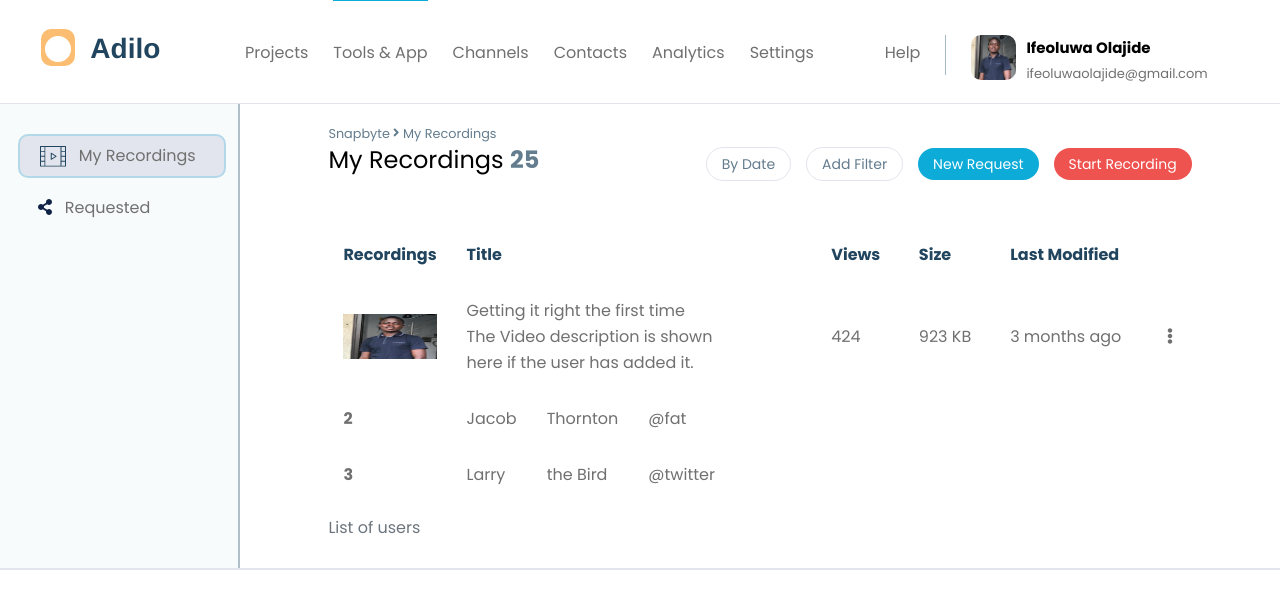
Repository: olhighjay/video_recorder
Page: /
An editor plug-in stored every save of this project. The page is shown before and after the next save, followed by the edit.
The browser window is 1280 px wide. The pictures show the whole page.
Some web libraries are served in a nearby version. The project was rebuilt for these pictures with package versions that can differ from the ones it lists, and the page was loaded fresh each time. Also part of the build but not shown: vue.config.js.

Above is the page before, as saved 2022-07-29 06:42:04.

### public/index.html
<!DOCTYPE html>
<html lang="">
  <head>
    <meta charset="utf-8">
    <meta http-equiv="X-UA-Compatible" content="IE=edge">
    <meta name="viewport" content="width=device-width,initial-scale=1.0">
    <link rel="icon" href="<%= BASE_URL %>favicon.ico">
    <title><%= htmlWebpackPlugin.options.title %></title>
    <link rel="stylesheet" href="https://cdn.jsdelivr.net/npm/bootstrap@4.0.0/dist/css/bootstrap.min.css" integrity="sha384-Gn5384xqQ1aoWXA+058RXPxPg6fy4IWvTNh0E263XmFcJlSAwiGgFAW/dAiS6JXm" crossorigin="anonymous">
    <link rel="stylesheet" href="https://cdnjs.cloudflare.com/ajax/libs/font-awesome/5.1.0/css/all.css" integrity="sha512-ajhUYg8JAATDFejqbeN7KbF2zyPbbqz04dgOLyGcYEk/MJD3V+HJhJLKvJ2VVlqrr4PwHeGTTWxbI+8teA7snw==" crossorigin="anonymous" referrerpolicy="no-referrer" />
  </head>
  <body>
    <noscript>
      <strong>We're sorry but <%= htmlWebpackPlugin.options.title %> doesn't work properly without JavaScript enabled. Please enable it to continue.</strong>
    </noscript>
    <div id="app"></div>
    <!-- built files will be auto injected -->

    <script src="https://cdnjs.cloudflare.com/ajax/libs/font-awesome/5.1.0/js/all.js" integrity="sha512-vn7pO1RiR0IT5T9K+USTmMfkTaecOtFtCCV0JvT+j8ZPBujq6C3P5J2sHttG7D41pBPqLCih+7lIXamnFodtUw==" crossorigin="anonymous" referrerpolicy="no-referrer"></script>
    <script src="https://code.jquery.com/jquery-3.2.1.slim.min.js" integrity="sha384-KJ3o2DKtIkvYIK3UENzmM7KCkRr/rE9/Qpg6aAZGJwFDMVNA/GpGFF93hXpG5KkN" crossorigin="anonymous"></script>
<script src="https://cdn.jsdelivr.net/npm/popper.js@1.12.9/dist/umd/popper.min.js" integrity="sha384-ApNbgh9B+Y1QKtv3Rn7W3mgPxhU9K/ScQsAP7hUibX39j7fakFPskvXusvfa0b4Q" crossorigin="anonymous"></script>
<script src="https://cdn.jsdelivr.net/npm/bootstrap@4.0.0/dist/js/bootstrap.min.js" integrity="sha384-JZR6Spejh4U02d8jOt6vLEHfe/JQGiRRSQQxSfFWpi1MquVdAyjUar5+76PVCmYl" crossorigin="anonymous"></script>
  </body>
</html>

### src/App.vue
<template>
  <!-- <img alt="Vue logo" src="./assets/logo.png"> -->
  <div>
    <navbar></navbar>
    <div id="main-flex">
      <div class="my-sidebar">
        <ul class="my-sidebar-items">
            <li class="sidebar-item-active"> <img src="./assets/video-player.png" alt=""> &nbsp; My Recordings</li>
            <li> <i class="fa fa-share-alt" style="color:#102346"></i> &nbsp; Requested</li>
        </ul>
      </div>
        <div class="my-main">
          <div class="my-main-container">
            <div><small class="breadcrumbs">Snapbyte <i class="fa fa-angle-right" style="font-weight:200"></i> My Recordings</small></div>
            <div class="subheading-tab">
              <div> <span class="my-recordings">My Recordings </span><span class="my-recordings-count">25</span> </div>
              <div>
                <button class="sub-heading-btn white-btn">By Date</button>
                <button class="sub-heading-btn white-btn">Add Filter</button>
                <button class="sub-heading-btn blue-btn">New Request</button>
                <button class="sub-heading-btn red-btn">Start Recording</button>
              </div>
            </div>
            <!-- <div style="border: 1px dashed #A3BAC6; margin-top:30px;
              border-radius: 38px;
              opacity: 1; padding-top:105.9px; padding-bottom:68.5px">
              <p style="color: #000; font-size: 22px; text-align:center; font-weight:medium; margin-top:56px">Say hello to the world!</p>
              <p style="color: #637C8E; font-size: 14px; text-align:center;">Record your first video/audio and share it what your team, friends, <br />followers and customers.</p>
              <div class="text-center">
                <button class="sub-heading-btn red-btn">Start Recording</button>
                <button class="sub-heading-btn blue-btn">New Request</button>
              </div>
            </div>
            <div class="footer" style="margin-top:42px; margin-bottom: 140px">
              <div>

              </div>
              <div>
                <p style="font-size: 26px; color:#21455E">Want more controls & better <br />quality recording?</p>
                <button class="sub-heading-btn blue-btn">Download the desktop recorder</button>
              </div>
            </div> -->
            <div class="table-responsive-xl" style="margin-top:46.1px">
              <table class="">
  <caption>List of users</caption>
  <thead>
    <tr >
      <th scope="col" class="my-table-title">Recordings</th>
      <th scope="col" class="my-table-title" colspan="3">Title</th>
      <th scope="col" style="width:10%"></th>
      <th scope="col" class="my-table-title">Views</th>
      <th scope="col" class="my-table-title">Size</th>
      <th scope="col" class="my-table-title">Last Modified</th>
      <th scope="col" class="my-table-title"></th>
    </tr>
  </thead>
  <tbody>
    <tr>
      <td style="width:10%">
        <img alt="Profile Image" src="./assets/profile.jpg" style="width:100%; height:45px; border:10px">
      </td>
      <td style="width:30%" colspan="3">
        <span>Getting it right the first time </span> <br />
        <span>The Video description is shown here if the user has added it. </span>
      </td>
      <td style="width:10%">
      </td>
      <td>424</td>
      <td>923 KB</td>
      <td>3 months ago</td>
      <td><i class="fa fa-ellipsis-v"></i></td>
    </tr>
    <tr>
      <th scope="row">2</th>
      <td>Jacob</td>
      <td>Thornton</td>
      <td>@fat</td>
    </tr>
    <tr>
      <th scope="row">3</th>
      <td>Larry</td>
      <td>the Bird</td>
      <td>@twitter</td>
    </tr>
  </tbody>
</table>
            </div>
          </div>
        </div>
    </div>
  </div>
</template>

<script>
// import HelloWorld from './components/HelloWorld.vue'
import Navbar from './layouts/Navbar.vue'

export default {
  name: 'App',
  components: {
    Navbar
  }
}
</script>


<style>
 @import url('https://fonts.googleapis.com/css2?family=Poppins:wght@400;500;700&display=swap');

#main-flex {
  display: flex;
  width: 100%;
}

.my-sidebar {
  flex: 0 0 240px;
  /* width: 20%; */
  /* height: 100%; */
  background-color: #ebf2f656;
  border-right: 2px solid #21455e54;
  /* border-right: 2px solid #21455E; */
  /* width:250px; */
}
.my-sidebar-items {
  list-style: none;
  padding: 20px 0;
}
.my-sidebar-items>li {
  margin : 10px 12px 10px 18px;
  padding: 7px 20px ;
}
.sidebar-item-active {
  background-color: #E2E5ED;
  border: 2px solid #0DABD838;
  border-radius: 10px;
}





.my-main {
  flex: 1;
  flex-wrap: wrap;
}
.my-main-container {
  padding: 1.5% 8.5%;
}
.subheading-tab {
  display: flex;
  justify-content: space-between;
}
.sub-heading-btn {
  padding: 3px 15px;
  border-radius: 20px;
  margin-left: 15px;
  font-size: 14px;
}
.white-btn {
  border: 1px solid #E2E5ED;
  background-color: white;
  color: #637C8E;
}
.blue-btn {
  border: none;
  background-color: #0DABD8;
  color: #fff;
}
.red-btn {
  border: none;
  background-color: #EF5350;
  color: #fff;
}
.my-recordings, .my-recordings-count {
  font-size: 24px;
  color: #000
}
.my-recordings {
  color: #000
}
.my-recordings-count {
  color: #637C8E;
  font-weight: 600;
}
.breadcrumbs {
  color:#637C8E;
}


table,  {
  border-spacing: 300px !important;
}
th, td {
  padding: 15px;
}
.my-table-title {
  text-align: left;
  font: normal normal medium 18px/27px Poppins;
  letter-spacing: 0px;
  color: #21455E;
}



#app {
  font-family: Avenir, Helvetica, Arial, sans-serif;
  font: normal normal normal 14px/26px Poppins;
  -webkit-font-smoothing: antialiased;
  -moz-osx-font-smoothing: grayscale;
   /* text-align: center; */
   font-size: 16px;
  color: #707070;
  border-bottom: solid 2px #E2E5ED;
  overflow: hidden;
  /* margin-top: 60px;  */
}


</style>

### src/layouts/Navbar.vue
<template>
    <nav class="">
      <div class="nav-logo-area">
        <div class="nav-logo-area-inner">
          <div class="white-logo-wrap">
            <span class="white-logo-bkg">
            <img alt="Adilo logo" src="../assets/swarm.png">
            </span>
          </div>
          <div class="adilo">Adilo</div>
        </div>
      </div>
      <div class="nav-tab">
        <ul class="my-nav-list">
          <li><a>Projects</a></li>
          <li class="active-nav-item"> <a>Tools & App</a></li>
          <li><a>Channels</a></li>
          <li><a>Contacts</a></li>
          <li><a>Analytics</a></li>
          <li><a>Settings</a></li>
        </ul>
      </div>
      <div class="nav-profile">
        <ul class="my-nav-list">
          <li><a>Help</a></li>
        </ul>
        <div class="profile-info">
          <div class="profile-border"></div>
          <div >
            <img alt="Profile Image" src="../assets/profile.jpg" class="profile-img">
          </div>
          <div style="margin-left:10px">
            <span class="profile-name">Ifeoluwa Olajide </span>
            <p class="profile-email">ifeoluwaolajide@gmail.com</p>
          </div>
        </div>
      </div>
    </nav>
</template>
<script>
export default {
    name: 'NavbarComponent'
}
</script>
<style>
     nav {
    display: flex;
    /* height: 69px; */
    padding: 0 0.032%;
    border-bottom: solid 1px #E2E5ED;
  }

  .nav-logo-area {
    flex: 0 0 16%;
    padding-left: 3.2%;
    padding-top: 19px;
    padding-bottom: 27px;
  }
  .nav-logo-area-inner {
    display: flex;
  }
  .nav-tab {
    flex: 0 0 50%;
  }
  .nav-profile {
    flex: 0 0 34%;
    display: flex;
  }
  .my-nav-list {
    list-style: none;
    padding-top: 40px;
  }
  .my-nav-list>li {
    display: inline;
    margin-right: 25px;
    padding-top: 40px;
  }
  .my-nav-list>li>a {
    text-align: left;
    /* font: normal normal normal 18px/27px Poppins; */
    letter-spacing: 0px;
    color: #707070;
    opacity: 1
  }
  .white-logo-wrap {
    padding-top:16px;
  }
  .white-logo-bkg {
    background-color:#FBBD71;
    padding:7px 4px;
    border-radius:10px;
  }
  .adilo {
    font: normal normal bold 28px/32px Helvetica;
    font-size:28px;
    margin-left:15px;
    font-weight:bold;
    color:#21455E;
    padding-top:14px;
  }
  .profile-info {
    padding-top:35px;
    display:flex;
  }
  .active-nav-item {
    border-top: 6px solid #0DABD8;
  }
  .profile-border {
    border-left: 1px solid #A3BAC6;
    padding-left:25px;
    height:40px;
  }
  .profile-img {
    width:45px; height: 45px;
    border-radius:10px;
  }
  .profile-name {
    font-weight:bold;
    font-size:15px;
    color:black;
  }
  .profile-email {
    font-size:13px;
  }
</style>

Loaded but not shown: src/main.js (common file)

After the next save:
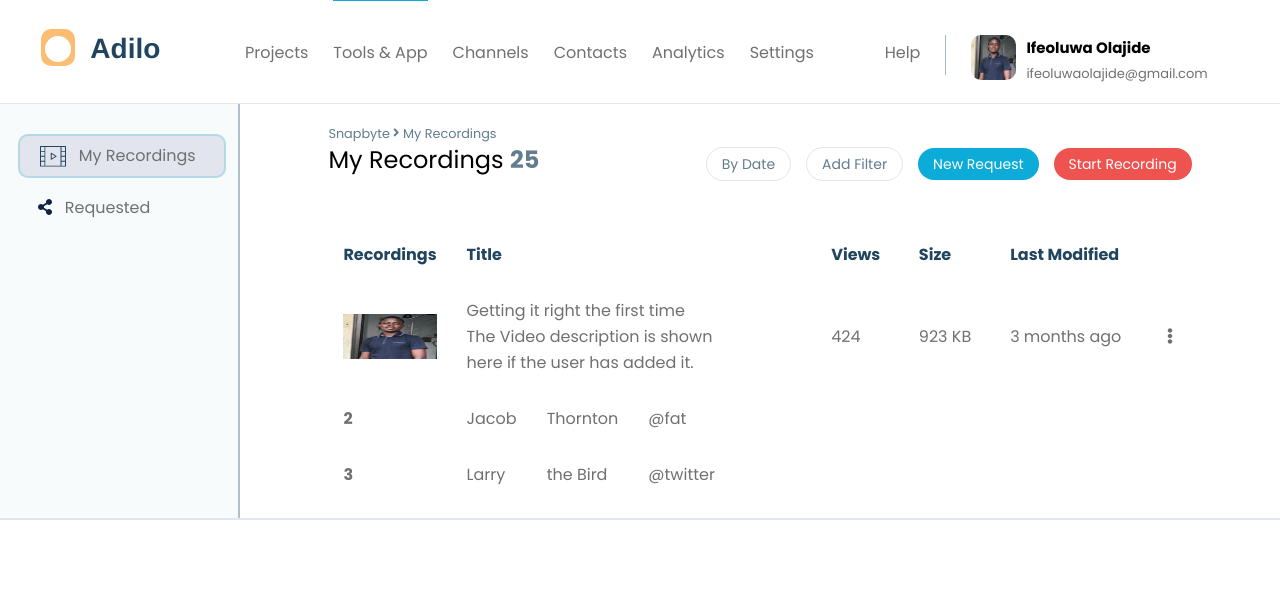
Saved 12 s later.
--- a/src/App.vue
+++ b/src/App.vue
@@ -42,7 +42,6 @@
             </div> -->
             <div class="table-responsive-xl" style="margin-top:46.1px">
               <table class="">
-  <caption>List of users</caption>
   <thead>
     <tr >
       <th scope="col" class="my-table-title">Recordings</th>
